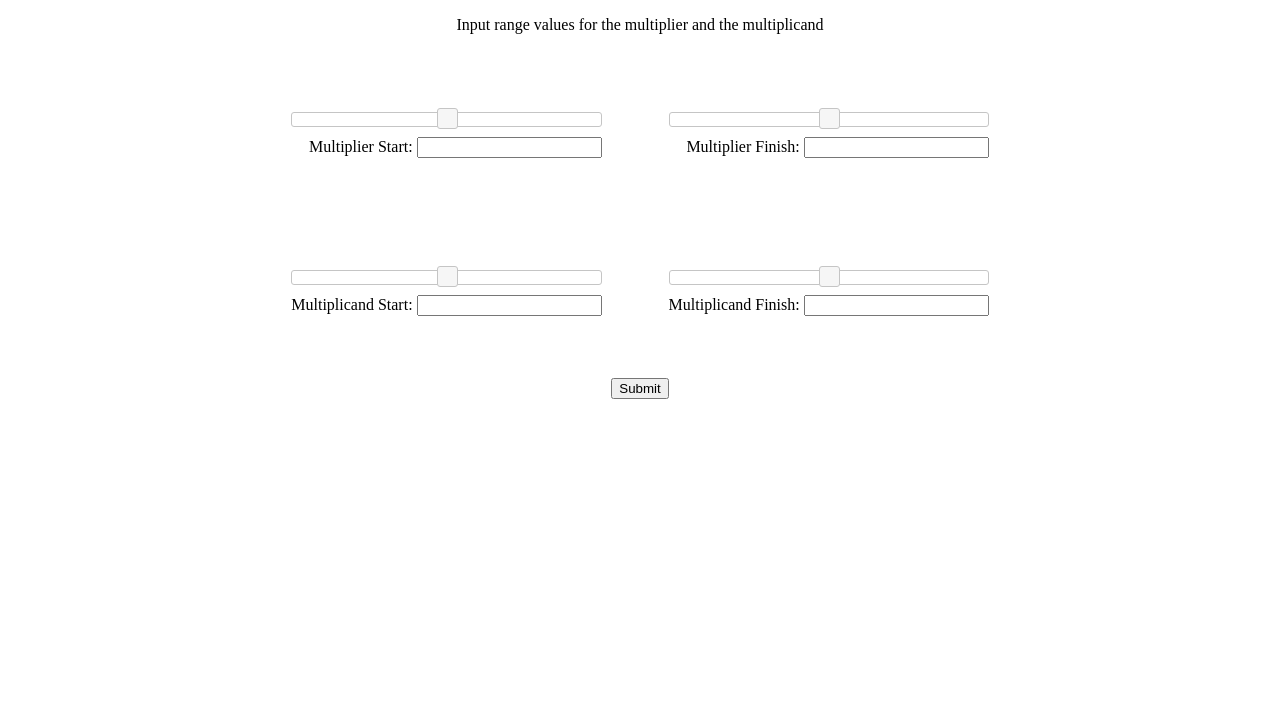
Repository: khrasna/HW4Part2
Page: index.html
An editor plug-in stored every save of this project. The page is shown before and after the next save, followed by the edit.
The browser window is 1280 px wide. The pictures show the whole page.
Some web libraries are served in a nearby version.

Above is the page before, as saved 2021-11-15 16:15:28.

After the next save:
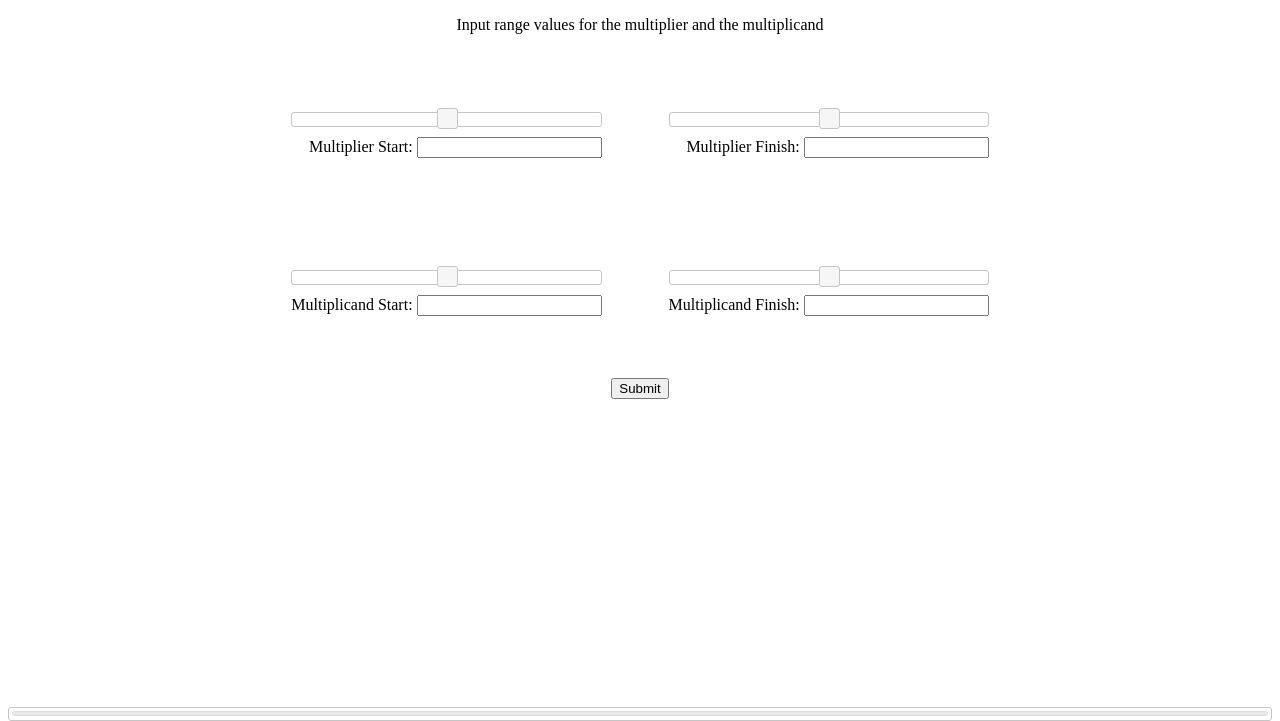
Saved 17 s later.
--- a/formvalidate.js
+++ b/formvalidate.js
@@ -1,4 +1,5 @@
 $(function () {
+    $("#tabs").tabs();
 
     $("#slider-1").slider({
         min: -50,                       //initialize the four sliders to set the values of their respective input boxes
